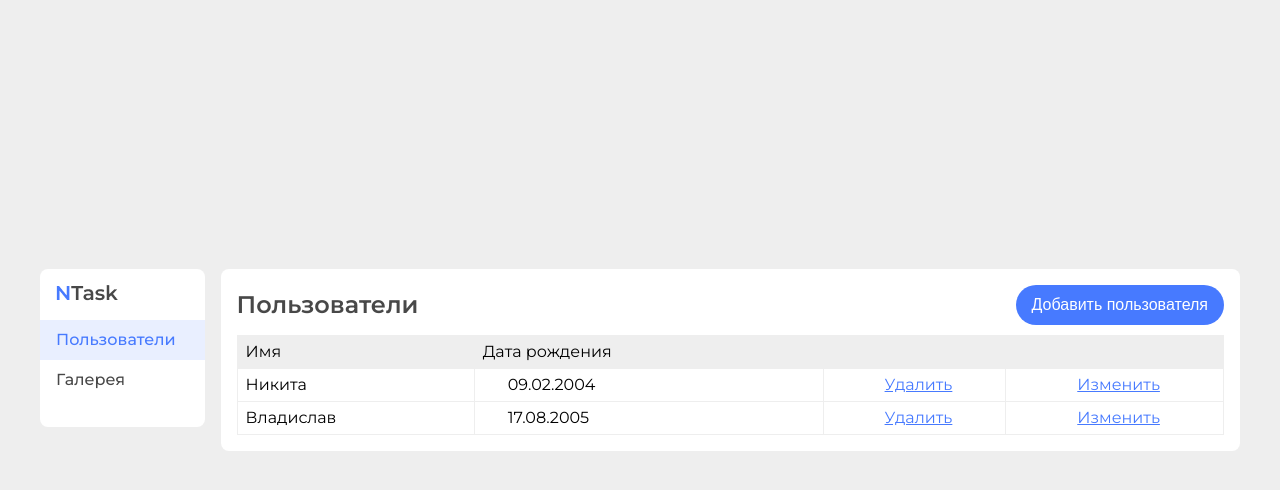
Repository: Grid-Master/NTask
Page: /gallery
These files come from the project's save history. The page is drawn as it stood at one moment and after the next save; the edit follows.
The browser window is 1280 px wide. The pictures show the whole page.
The project was rebuilt for these pictures with package versions that can differ from the ones it lists, and the page was loaded fresh each time. Also part of the build but not shown: src/components/gallery/gallery.sass, src/components/gallery/Gallery.tsx, src/components/updateUser/updateUser.sass, src/components/updateUser/UpdateUser.tsx.

Above is the page before, as saved 2023-06-09 20:17:46.

### public/index.html
<!DOCTYPE html>
<html lang="en">
  <head>
    <meta charset="utf-8" />
    <link rel="icon" href="%PUBLIC_URL%/favicon.ico" />
    <meta name="viewport" content="width=device-width, initial-scale=1" />
    <meta name="theme-color" content="#000000" />
    <meta name="description" content="Web site created using create-react-app" />
    <link rel="apple-touch-icon" href="%PUBLIC_URL%/logo192.png" />
    <link rel="preconnect" href="https://fonts.googleapis.com" />
    <link rel="preconnect" href="https://fonts.gstatic.com" crossorigin />
    <link
      href="https://fonts.googleapis.com/css2?family=Montserrat:wght@300;400;500;600;700&display=swap"
      rel="stylesheet" />
    <link rel="manifest" href="%PUBLIC_URL%/manifest.json" />
    <title>React App</title>
  </head>
  <body>
    <noscript>You need to enable JavaScript to run this app.</noscript>
    <div id="root"></div>
  </body>
</html>

### src/index.tsx
import React from 'react';
import ReactDOM from 'react-dom/client';
import { Provider } from 'react-redux';
import './index.css';
import App from './App';
import { BrowserRouter } from 'react-router-dom';
import store from './store';

const root = ReactDOM.createRoot(document.getElementById('root') as HTMLElement);
root.render(
  <React.StrictMode>
    <BrowserRouter>
      <Provider store={store}>
        <App />
      </Provider>
    </BrowserRouter>
  </React.StrictMode>,
);

### src/index.css
html, body, div, span, applet, object, iframe,
h1, h2, h3, h4, h5, h6, p, blockquote, pre,
a, abbr, acronym, address, big, cite, code,
del, dfn, em, img, ins, kbd, q, s, samp,
small, strike, strong, sub, sup, tt, var,
b, u, i, center,
dl, dt, dd, ol, ul, li,
fieldset, form, label, legend,
table, caption, tbody, tfoot, thead, tr, th, td,
article, aside, canvas, details, embed,
figure, figcaption, footer, header, hgroup,
menu, nav, output, ruby, section, summary,
time, mark, audio, video {
	margin: 0;
	padding: 0;
	border: 0;
	font-size: 100%;
	font: inherit;
	vertical-align: baseline;
}
/* HTML5 display-role reset for older browsers */
article, aside, details, figcaption, figure,
footer, header, hgroup, menu, nav, section {
	display: block;
}
body {
	line-height: 1;
}
ol, ul {
	list-style: none;
}
blockquote, q {
	quotes: none;
}
blockquote:before, blockquote:after,
q:before, q:after {
	content: '';
	content: none;
}
table {
	border-collapse: collapse;
}
body {
  margin: 0;
  font-family: Montserrat;
  background: #EEEEEE;
;
}
input {
	font-family: Montserrat;
}

#root {
	display: flex;
	align-items: center;
	justify-content: center;
	height: 100vh;
}

code {
  font-family: source-code-pro, Menlo, Monaco, Consolas, 'Courier New',
    monospace;
}

### src/App.tsx
import './App.css';
import { FC, useEffect } from 'react';
import Navbar from './components/navabar/Navbar';
import UserList from './components/userList/UserList';
import { Routes, Route, useNavigate } from 'react-router-dom';
import Gallery from './components/gallery/Gallery';
import UpdateUser from './components/updateUser/UpdateUser';

const App: FC = () => {
  const navigate = useNavigate();
  useEffect(() => {
    navigate('/NTask/users');
  }, []);

  return (
    <div className="App">
      <Navbar />
      <Routes>
        <Route path="/NTask/users" element={<UserList />} />
        <Route path="/NTask/users/:id" element={<UpdateUser />} />
        <Route path="/NTask/gallery" element={<Gallery />} />
        <Route path="*" element={<h1>Error</h1>} />
      </Routes>
    </div>
  );
};

export default App;

### src/store/index.ts
import { configureStore } from '@reduxjs/toolkit';
import usersReducer from './usersSlice';
import galleryReducer from './gallerySlice';

const store = configureStore({
  reducer: { usersReducer, galleryReducer },
});

export default store;

export type RootState = ReturnType<typeof store.getState>;
export type AppDispatch = typeof store.dispatch;

### src/App.css
.App {

  width: 100%;
  display: flex;
  align-items:start;
  gap: 16px;
  max-width: 1200px;
  margin: 0 auto;
}

@media screen and (max-width: 1200px) {
  .App {
    flex-direction: column;
    max-width: 1000px;
  }
}
@media screen and (max-width: 1000px) {
  .App {
    max-width: 600px;
    padding: 16px;
  }
}
@media screen and (max-width: 600px) {
  .App {
    max-width: calc(320px - 32px);
  }
}

### src/components/navabar/Navbar.tsx
import { FC } from 'react';
import './navbar.sass';
import { useNavigate, useLocation } from 'react-router-dom';
const logo = require('../../images/logo.png');

const Navbar: FC = () => {
  const navigate = useNavigate();
  const { pathname } = useLocation();

  return (
    <div className="navbar">
      <div className="navbar__imagecontainer">
        <img src={logo} alt="logo" />
      </div>
      <div
        className={pathname.includes('/users') ? 'navbar__item navbar__active' : 'navbar__item'}
        onClick={() => navigate('/NTask/users')}>
        Пользователи
      </div>
      <div
        className={pathname.includes('/gallery') ? 'navbar__item navbar__active' : 'navbar__item'}
        onClick={() => navigate('/NTask/gallery')}>
        Галерея
      </div>
    </div>
  );
};

export default Navbar;

### src/components/userList/UserList.tsx
import React, { FC } from 'react';
import { useNavigate } from 'react-router-dom';
import './userList.sass';
import { useAppDispatch, useAppSelector } from '../../store/hooks';
import { removeUser } from '../../store/usersSlice';

const UserList: FC = () => {
  const navigate = useNavigate();
  const users = useAppSelector((state) => state.usersReducer.users);
  const dispatch = useAppDispatch();

  const updateHandler = (router: string) => {
    navigate(router);
    window.scrollTo(0, 0);
  };

  const deleteHandler = (id: number) => {
    dispatch(removeUser(id));
  };

  return (
    <div className="userList">
      <div>
        <h1 className="userList__title">Пользователи</h1>
        <button className="userList__addUserBtn" onClick={() => updateHandler('createuser')}>
          Добавить пользователя
        </button>
      </div>
      <div className="table__container">
        <table className="userList__table">
          <tr className="userList__table-info">
            <td>Имя</td>
            <td>Дата рождения</td>
            <td></td>
            <td></td>
          </tr>
          {users.map((user) => (
            <tr key={user.id}>
              <td>{user.name}</td>
              <td>
                &nbsp;&nbsp;&nbsp;&nbsp;&nbsp;&nbsp;{user.date}&nbsp;&nbsp;&nbsp;&nbsp;&nbsp;&nbsp;
              </td>
              <td className="userList__table-btn" onClick={() => deleteHandler(user.id)}>
                Удалить
              </td>
              <td className="userList__table-btn" onClick={() => updateHandler(`${user.id}`)}>
                Изменить
              </td>
            </tr>
          ))}
        </table>
      </div>
    </div>
  );
};

export default UserList;

### src/store/usersSlice.ts
import { createSlice, PayloadAction } from '@reduxjs/toolkit';
import { users } from '../data/users';

export interface IUser {
  id: number;
  name: string;
  date: string;
}

const usersSlice = createSlice({
  name: 'users',
  initialState: {
    users: [...users] as IUser[],
  },
  reducers: {
    addUser(state, action: PayloadAction<IUser>) {
      state.users.push(action.payload);
    },
    updateUser(state, action: PayloadAction<IUser>) {
      let updateUser = state.users.find((user) => user.id === action.payload.id);
      if (updateUser) {
        updateUser.name = action.payload.name;
        updateUser.date = action.payload.date;
      }
      state.users = state.users.map((user) => (user.id === updateUser?.id ? updateUser : user));
    },
    removeUser(state, action: PayloadAction<number>) {
      state.users = state.users.filter((user) => user.id !== action.payload);
    },
  },
});

export const { removeUser, updateUser, addUser } = usersSlice.actions;

export default usersSlice.reducer;

### src/store/gallerySlice.ts
import { createSlice, PayloadAction } from '@reduxjs/toolkit';

export interface IPhoto {
  id: number;
  isSelected: boolean;
  file: any;
}

const gallerySlice = createSlice({
  name: 'users',
  initialState: {
    photos: [] as IPhoto[],
  },
  reducers: {
    addPhoto(state, action: PayloadAction<IPhoto>) {
      state.photos.unshift(action.payload);
    },
    pickPhoto(state, action: PayloadAction<number>) {
      const pickedPhoto = state.photos.findIndex((photo) => photo.id === action.payload);
      console.log(pickedPhoto, 'picked');
      if (pickedPhoto !== -1) {
        state.photos[pickedPhoto] = {
          ...state.photos[pickedPhoto],
          isSelected: !state.photos[pickedPhoto].isSelected,
        };
      }
    },
    removePhotos(state) {
      state.photos = state.photos.filter((photo) => !photo.isSelected);
    },
  },
});

export const { addPhoto, pickPhoto, removePhotos } = gallerySlice.actions;

export default gallerySlice.reducer;

### src/components/navabar/navbar.sass
.navbar
    width: 200px
    height: 158px
    background: #FFFFFF
    border-radius: 8px
    &__imagecontainer
        padding: 16px 0
        margin-left: 16px
    &__item
        padding: 8px 16px
        cursor: pointer
        font-weight: 500
        font-size: 16px
        line-height: 150%
        color: #484848
        transition: .3s
        &:hover
            color: #477AFF

    &__active
        background: #E9EFFF
        color: #477AFF

@media screen and (max-width: 600px)
    .navbar
        width: 288px
        height: 158px

### src/components/userList/userList.sass
.userList
    width: 100%
    background: #FFFFFF
    border-radius: 8px
    padding: 16px
    >div
        display: flex
        align-items: center
        justify-content: space-between
    &__title
        font-weight: 600
        font-size: 24px
        line-height: 150%
        color: #484848
    &__addUserBtn
        font-weight: 500
        font-size: 16px
        line-height: 100%
        color: #FFFFFF
        background: #477AFF
        border-radius: 20px
        padding: 12px 16px
        border: none
        outline: none
        cursor: pointer
        transition: .3s
        &:hover
            opacity: .8
    .table__container
     //   width: 100%
    &__table
        margin-top: 10px
        width: 100%
        td
            border: 1px solid #EEEEEE
            // width: 238px
            text-align: start
            padding: 8px 0
            padding-left: 8px
        &-btn
            cursor: pointer
            text-decoration-line: underline
            color: #477AFF
            transition: .2s
            text-align: center !important
            &:hover
                opacity: .8
        tr td:nth-child(2)
            height: 10px
        // tr:first-child td:first-child
        //     border-radius: 8px 0 0 0
        // tr:first-child td:last-child
        //     border-radius: 0 8px 0 0
        // tr:last-child td:first-child
        //     border-radius: 0 0 8px 0
        // tr:last-child td:last-child
        //     border-radius: 0 0 0 8px //??
        &-info
            background-color: #EEEEEE
            border-radius: 8px !important

@media screen and (max-width: 1200px)
    .userList
        width: calc( 100% - 32px )
@media screen and (max-width: 600px)
    .userList
        &__table
            display: block
            overflow-x: scroll
            &::-webkit-scrollbar
                // width: 4px
                scroll-margin-top: 5px
                height: 4px
                border: 1px solid #d5d5d5
            &::-webkit-scrollbar-track
                border-radius: 0
                background: #eeeeee
            &::-webkit-scrollbar-thumb
                border-radius: 0
                background: #b0b0b0
                cursor: pointer
        >div
            flex-direction: column
            align-items: start
        &__title
            margin-bottom: 10px

### src/store/hooks.ts
import { useDispatch, useSelector, TypedUseSelectorHook } from 'react-redux';
import type { RootState, AppDispatch } from '../store';

export const useAppDispatch = () => useDispatch<AppDispatch>();
export const useAppSelector: TypedUseSelectorHook<RootState> = useSelector;

### src/data/users.ts
import { IUser } from '../store/usersSlice';

export const users: IUser[] = [
  {
    id: 1,
    name: 'Никита',
    date: '09.02.2004',
  },
  {
    id: 2,
    name: 'Владислав',
    date: '17.08.2005',
  },
];

After the next save:
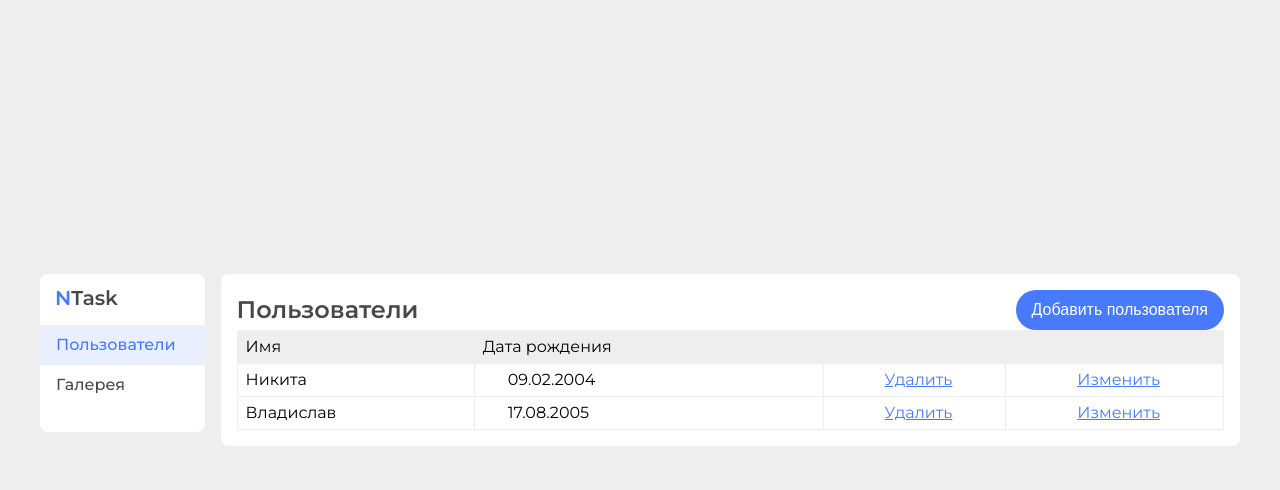
Saved 41 s later.
--- a/src/components/userList/userList.sass
+++ b/src/components/userList/userList.sass
@@ -28,8 +28,9 @@
             opacity: .8
     .table__container
      //   width: 100%
+        margin-top: 10px
     &__table
-        margin-top: 10px
+
         width: 100%
         td
             border: 1px solid #EEEEEE
